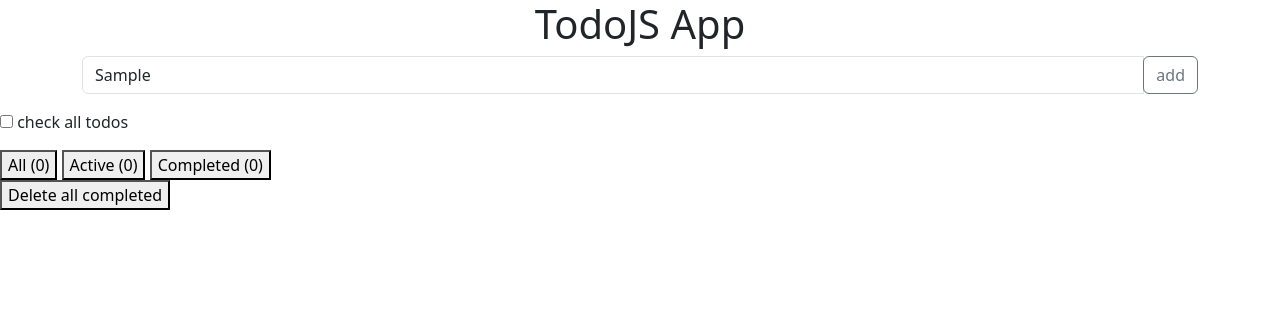
Repository: Wanashka/TodoJS
Page: main.html
An editor plug-in stored every save of this project. The page is shown before and after the next save, followed by the edit.
The browser window is 1280 px wide. The pictures show the whole page.
Empty fields were first filled with sample values (such as "Sample", 5 or name@example.com).
After loading, the first visible `#btn` was clicked once.

Above is the page before, as saved 2023-02-02 17:41:43.
Console error: TypeError: addTodo.valid is not a function

### main.html
<!DOCTYPE html>
<html>
 <head>
  <meta charset="utf-8" />
  <script defer src="App.js"></script>
  <link rel="stylesheet" href="Style.css" type="text/css"/>
  <link href="https://cdn.jsdelivr.net/npm/bootstrap@5.3.0-alpha1/dist/css/bootstrap.min.css" rel="stylesheet" integrity="sha384-GLhlTQ8iRABdZLl6O3oVMWSktQOp6b7In1Zl3/Jr59b6EGGoI1aFkw7cmDA6j6gD" crossorigin="anonymous">
  <title>Todojs</title>
 </head>
 <body>
    <div class="container">
    <h1 class="text-center">TodoJS App</h1>
        <div class="input-group mb-3">
            <input type="text" class="form-control" id="todo">
                <div class="input-group-append">
                    <button type="button" id="btn" class="btn btn-outline-secondary">add</button>
                </div>
            </div>
        </div>
        <div>
            <input type='checkbox' id='checkAll' class="checkbox-all"> check all todos</input>
            <ul id="myUL">

            </ul>
            <div class="button-filter">
                <button class='button-all'>All (0)</button>
                <button class='button-active'>Active (0)</button>
                <button class='button-completed'>Completed (0)</button>
            </div>
                   <button class="delete-all">Delete all completed</button>
        </div>
    </div>
        <script src="https://cdn.jsdelivr.net/npm/bootstrap@5.3.0-alpha1/dist/js/bootstrap.bundle.min.js" integrity="sha384-w76AqPfDkMBDXo30jS1Sgez6pr3x5MlQ1ZAGC+nuZB+EYdgRZgiwxhTBTkF7CXvN" crossorigin="anonymous"></script>
     </body>
</html>

### App.js
const addTodo = document.querySelector('#todo'),
    btn = document.querySelector('#btn'),
    todo = document.querySelector('#myUL'),
    closeLI = document.querySelector('#closeLi'),
    checkboxAll = document.querySelector('.checkbox-all'),
    deleteAll = document.querySelector('.delete-all'),
    buttonAll = document.querySelector('.button-all'),
    buttonActive = document.querySelector('.button-active'),
    buttonCompleted = document.querySelector('.button-completed'),
    buttonFilter = document.querySelector('.button-filter')
    ;

let arr = [];

buttonFilter.addEventListener('click', filterTasks)

function filterTasks(event) {
    let arrFilter = [];
    if (event.target.classList.contains("button-all")) {
        render(arr);
    }
    if (event.target.classList.contains("button-completed")) {
        arrFilter = arr.filter((item) => item.checked === true);
        render(arrFilter);
    }
    if (event.target.classList.contains("button-active")) {
        arrFilter = arr.filter((item) => item.checked !== true);
        render(arrFilter);
    }
}

function renderActive() {
    arrActive = arr.filter((item) => item.checked !== true);
    render(arrActive);
}

btn.addEventListener('click', createTodo)

addTodo.addEventListener('keyup', function (event) {
    if (event.key == 'Enter') {
        createTodo();
    }
});

checkboxAll.addEventListener('click', completedAllTodo)

function createTodo() {
    let text = addTodo.valid(addTodo.value);

        let newTodo = {
            id: String(Date.now()),
            todo: text,
            checked: false
        };
        arr.push(newTodo)

        render(arr);
        addTodo.value = '';
    };
function valid(value){
    const text = value.trim().replace(/\s+/g, ' ');
    if(text === ""){
        alert("Нельзя")
    }
    else{
        return(text)
    }
}

function render(arr) {
    let displayMessage = '';
    arr.forEach(function (item) {
        const completed = item.checked ? "checked" : ""
        displayMessage += `
    <li id=${item.id} class='task-li'>
    <input type='checkbox' ${completed} class='checkbox'>
    <label for='${item.id}' class='input-todo'> ${item.todo} </label>
    <button class='button-delete'>✕</button>
    </li>`;
    });
    todo.innerHTML = displayMessage;
    counterTodo();
};

todo.addEventListener('click', deleteCheckTask)
todo.addEventListener('dblclick', editTask)

function editTask(event) {
    if (event.target.classList.contains("input-todo")) {
        const taskToEdit = event.target;
        const taskId = event.target.parentNode.id;
        const inputTask = document.createElement('input');
        inputTask.classList.add('input-edit-task');
        taskToEdit.replaceWith(inputTask);
        const task = arr.find((item) => item.id === taskId);
        inputTask.value = task.todo;
        inputTask.focus();


        function keyup(event) {
            if (event.key == 'Escape') {
                inputTask.removeEventListener('blur', save);
                render(arr)
            }
            if (event.key == 'Enter') {
                save();
            }
        }
        function save() {
            task.todo = inputTask.value;
            render(arr)
        };

        inputTask.addEventListener('keyup', keyup);
        inputTask.addEventListener('blur', save);
    }
}

function deleteCheckTask(event) {
    const taskId = event.target.parentNode.id
    if (event.target.classList.contains("button-delete")) {
        arr = arr.filter((item) => item.id !== taskId)
        render(arr);
    }
    else if (event.target.classList.contains("checkbox")) {
        const task = arr.find((item) => item.id === taskId)
        task.checked = !task.checked;
        console.log(arr)
        render(arr);
    }
}

function completedAllTodo(event) {
    arr.forEach(function (item) {
        item.checked = checkboxAll.checked
    })
    console.log(checkboxAll.checked)
    console.log(arr)
    render(arr)
}

deleteAll.addEventListener('click', deleteAllCompleted)

function deleteAllCompleted() {
        arr = arr.filter((item) => item.checked !== true)
    render(arr)
}

function counterTodo() {
    let counterAll = arr.length
    let counterCompleted = 0;
    let counterActive = 0;
    arr.forEach(function (item) {
        if (item.checked === true) {
            counterCompleted += 1;
        }
        else {
            counterActive += 1;
        }
    });
    buttonAll.textContent = `All (${counterAll})`;
    buttonCompleted.textContent = `Completed (${counterCompleted})`
    buttonActive.textContent = `Active (${counterActive})`
}

### Style.css
ul{
margin-left: 25%;
    width: 600px;
}
li {
    padding: 20px;
    background-color: rgb(156, 224, 236);
    color: white;
    margin-bottom: 15px;
    width: 70%;
    align-items: center;
    border-radius: 10px;
}

#closeLi {
    margin-left: 15px;
    color: rgb(0, 0, 0);
    font-weight: bold;
    float: right;
    font-size: 26px;
    line-height: 20px;
    cursor: pointer;
    transition: 0.3s;
}

After the next save:
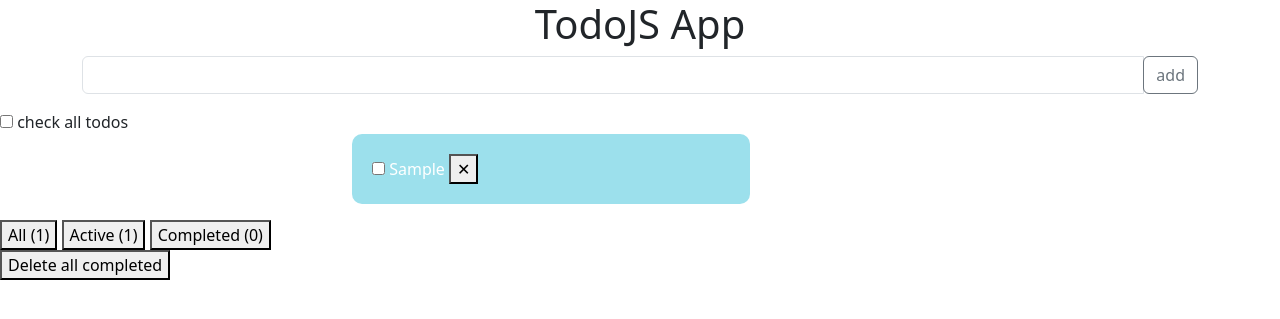
The error is gone.
Saved 5 s later.
--- a/App.js
+++ b/App.js
@@ -45,7 +45,7 @@ addTodo.addEventListener('keyup', function (event) {
 checkboxAll.addEventListener('click', completedAllTodo)
 
 function createTodo() {
-    let text = addTodo.valid(addTodo.value);
+    let text = valid(addTodo.value);
 
         let newTodo = {
             id: String(Date.now()),
